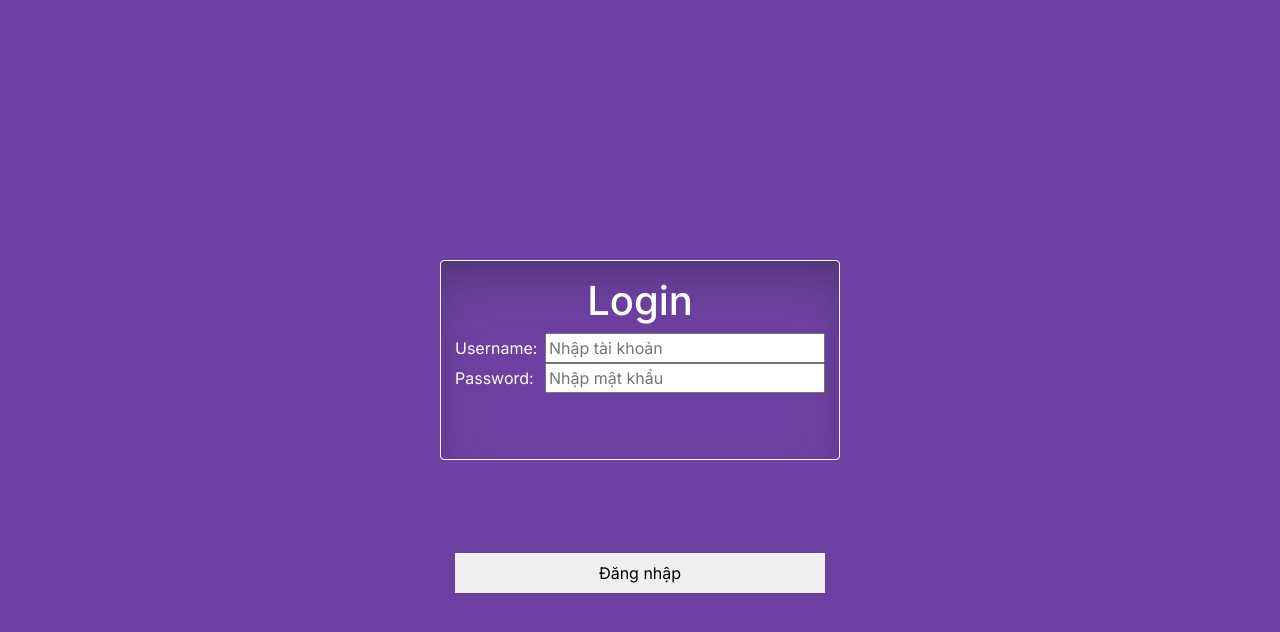
Repository: nghiakma/RFID-RFID-Attendance-System-using-ESP32-Nodejs-Reactjs-Nextjs-
Page: / (app in attendance/)
An editor plug-in stored every save of this project. The page is shown before and after the next save, followed by the edit.
The browser window is 1280 px wide. The pictures show the whole page.
The page's requests for data from a server got no answer. The project was rebuilt for these pictures with package versions that can differ from the ones it lists, and the page was loaded fresh each time. The framework's server and built-in components were replaced by stand-ins that run in the browser. No one was signed in, and anything a server would have sent is missing. Also part of the build but not shown: attendance/next.config.js, attendance/src/styles/home-page.module.css, attendance/src/styles/tab-home.module.css, attendance/src/pages/api/convert-time.js, attendance/src/pages/api/networking.js, attendance/src/pages/tab-home.js, attendance/src/styles/tab-history.module.css, attendance/src/pages/tab-history.js and 6 more.

Above is the page before, as saved 2023-12-21 15:07:36.

### attendance/src/pages/index.js
import {useEffect, useState} from 'react';
import { Inter } from 'next/font/google';
import 'bootstrap/dist/css/bootstrap.min.css';
import HomePage from './home-page.js';
import Login from './login-page.js'
import { BrowserRouter as Router,Routes, Route } from 'react-router-dom'
const inter = Inter({ subsets: ['latin'] })

export default function Home() {
  const [loginSuccess, setLoginSucsess] = useState(false);
  const handleLogin = (isSuccess) => {
    setLoginSucsess(isSuccess);
  }
  useEffect(() => {
    import('bootstrap/dist/js/bootstrap.min.js');
  }, []);
  return (
    <main className={inter.className}>
      {/* <Router>
        <Routes>
          <Route path='/home' element={<HomePage />}/>
          <Route path='/login' element={<Login />}/>
        </Routes>
      </Router> */}
      {
        loginSuccess ? <HomePage/> : <Login/>
      }
    </main>
  )
}

### attendance/src/pages/login-page.js
import React from "react";
import styles from '../styles/login-page.module.css'
import { FontAwesomeIcon } from '@fortawesome/react-fontawesome'
const Login = () => {

    return (
        <div
            style={{
                backgroundColor: '#6d41a1', height: '100vh'
            }}
        >
            <div style={{
                width: '100%', height: '100%',
                display: 'flex', alignItems: 'center', justifyContent: 'center'
            }}>
                <div style={{
                    width: '400px', height: '200px', border: '1px solid white',
                    padding: '8px 14px', borderRadius: '4px', boxSizing: 'border-box',
                    boxShadow: 'rgba(50, 50, 93, 0.25) 0px 30px 60px -12px inset, rgba(0, 0, 0, 0.3) 0px 18px 36px -18px inset',

                }}>
                    <h1
                        style={{
                            textAlign: 'center', margin: '8px 0', color: 'white'
                        }}
                    >Login</h1>
                    <div style={{
                        color: 'white', display: 'flex', flexDirection: 'column',

                    }}>
                        <div style={{
                            display: 'flex', alignItems: 'center'
                        }}>
                            <label style={{width: '90px'}}>Username: </label>
                            <input style={{flex: '1'}} type="email" className="form-input" placeholder="Nhập tài khoản"/>
                        </div>
                        <div style={{
                            display: 'flex', alignItems: 'center'
                        }}>
                            <label style={{width: '90px'}}>Password: </label>
                            <input style={{flex: '1' }} type="password" className="form-input" placeholder="Nhập mật khẩu"/>
                        </div>
                        <div style={{display: 'flex', height: '200px'}}>
                            <button style={{width: '100%', border: 'none', padding: '8px 10px', marginTop: 'auto'}}>
                                Đăng nhập
                            </button>
                        </div>
                    </div>
                </div>
            </div>
        </div>
    )
}

export default Login

After the next save:
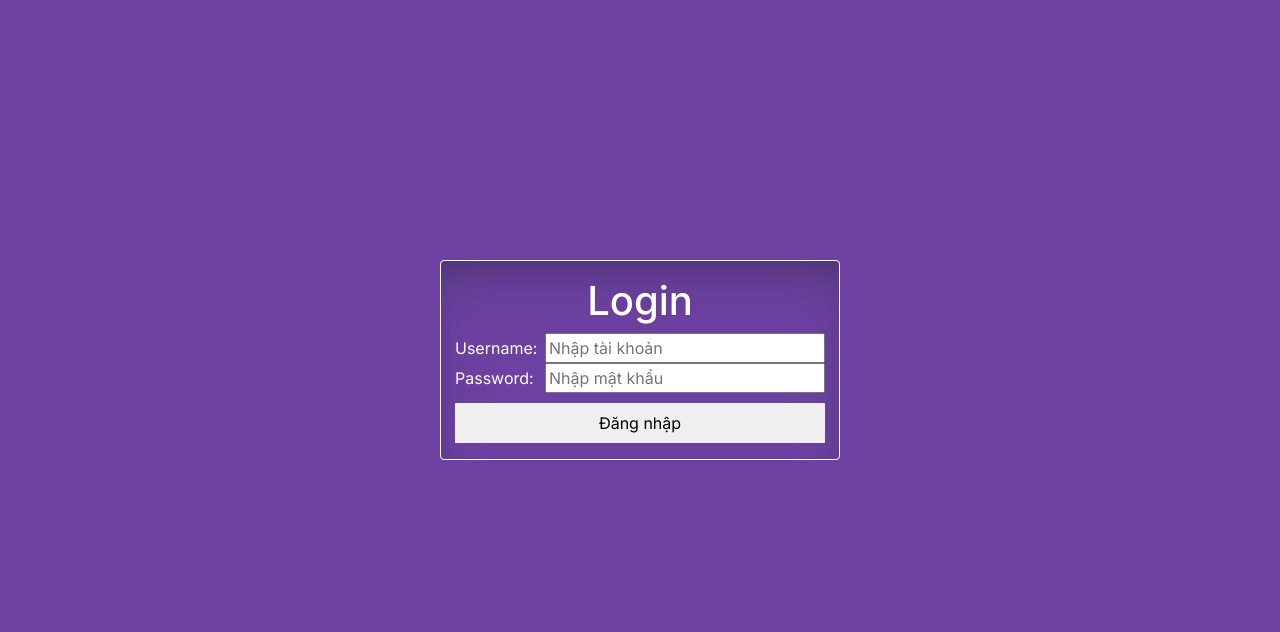
Saved 7 s later.
--- a/attendance/src/pages/login-page.js
+++ b/attendance/src/pages/login-page.js
@@ -40,7 +40,7 @@ const Login = () => {
                             <label style={{width: '90px'}}>Password: </label>
                             <input style={{flex: '1' }} type="password" className="form-input" placeholder="Nhập mật khẩu"/>
                         </div>
-                        <div style={{display: 'flex', height: '200px'}}>
+                        <div style={{display: 'flex', height: '50px'}}>
                             <button style={{width: '100%', border: 'none', padding: '8px 10px', marginTop: 'auto'}}>
                                 Đăng nhập
                             </button>
